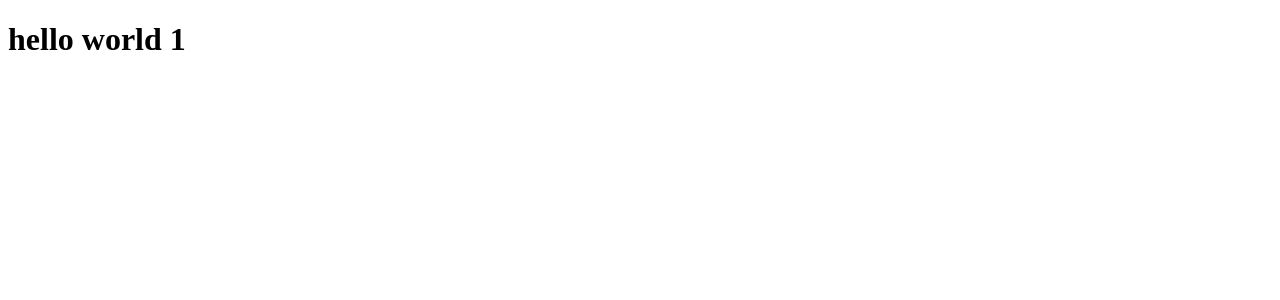
Repository: ChristhoferRisaldy/CVWeb
Page: web.html
These files come from the project's save history. The page is drawn as it stood at one moment and after the next save; the edit follows.
The browser window is 1280 px wide. The pictures show the whole page.

Above is the page before, as saved 2025-02-21 19:21:38.

### web.html
<!DOCTYPE html>
<html>
    <head>

    </head>
    <body>
        <h1>hello world 1</h1>
    </body>
</html>

After the next save:
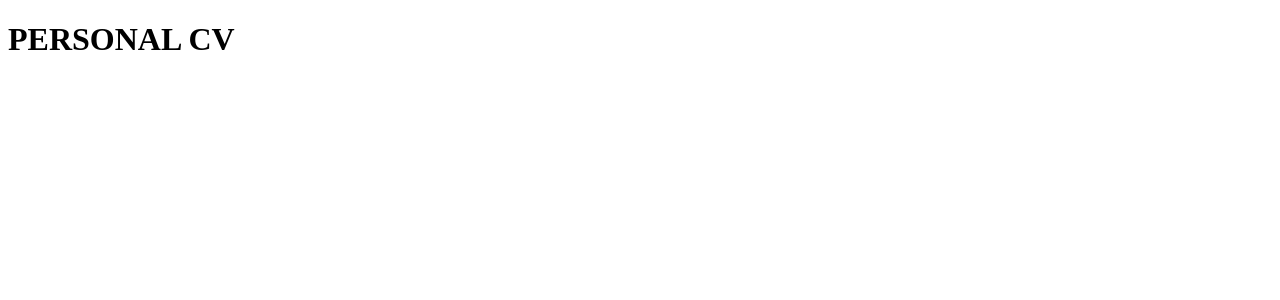
Saved 112 s later.
--- a/web.html
+++ b/web.html
@@ -1,9 +1,6 @@
 <!DOCTYPE html>
 <html>
-    <head>
-
-    </head>
     <body>
-        <h1>hello world 1</h1>
+        <h1>PERSONAL CV</h1>
     </body>
 </html>
